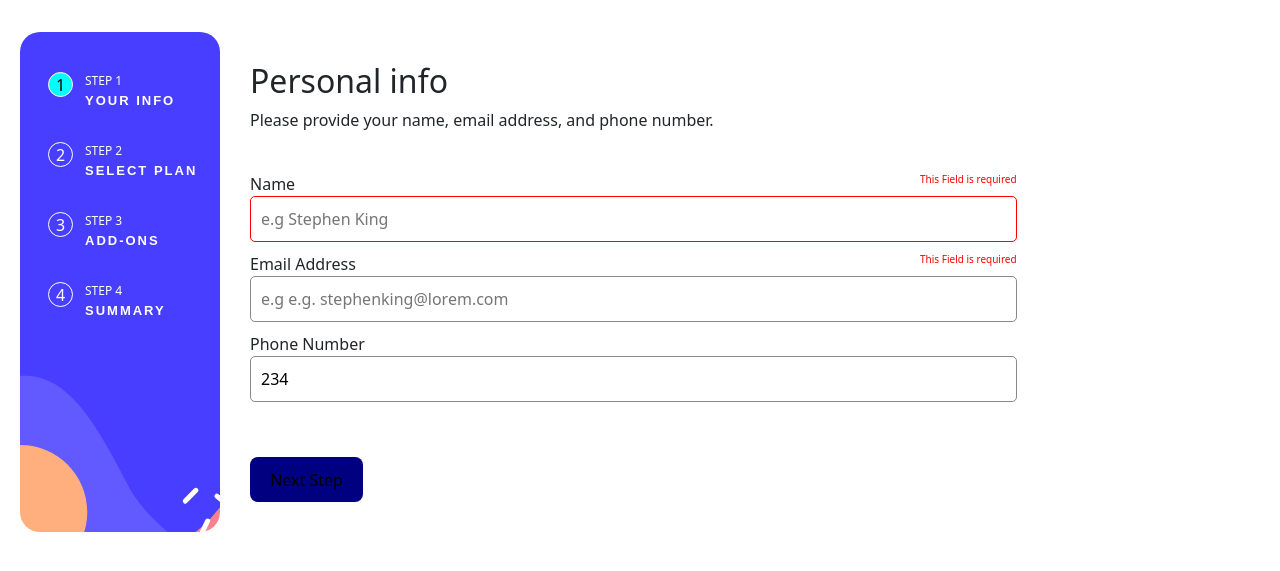
Repository: Celebration-cloud/Multi-Step-Form
Page: /
An editor plug-in stored every save of this project. The page is shown before and after a run of saves, followed by the edit.
The browser window is 1280 px wide. The pictures show the whole page.
The project was rebuilt for these pictures with package versions that can differ from the ones it lists, and the page was loaded fresh each time. Also part of the build but not shown: vite.config.js, src/GoBack.jsx.

Above is the page before, as saved 2023-11-01 14:10:30.

After the next 2 saves:
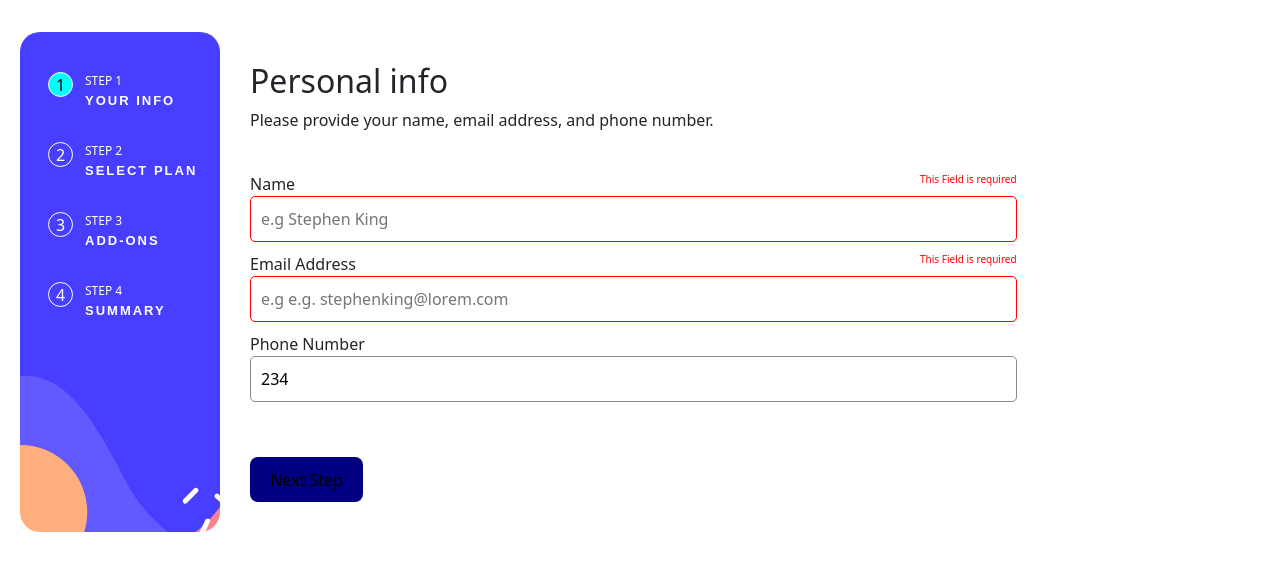
The 2 saves are shown as one change because they came seconds apart.
The last was saved 65 s later.
--- a/src/Procedures/ProceduresList.jsx
+++ b/src/Procedures/ProceduresList.jsx
@@ -35,7 +35,6 @@ function PersonalInfo({handleSubmit}) {
           justifyContent: "space-between",
         }}
       >
-
         <label className="inputs" htmlFor="name">
           Name
         </label>
@@ -46,7 +45,7 @@ function PersonalInfo({handleSubmit}) {
         )}
       </span>
       <input
-        style={personalData.name.length < 1 ? { border: "1px solid red" } : {} }
+        style={personalData.name.length < 1 ? { border: "1px solid red" } : {}}
         className="formInfo"
         id="name"
         name="name"
@@ -75,6 +74,7 @@ function PersonalInfo({handleSubmit}) {
       </span>
       <input
         className="formInfo"
+        style={personalData.name.length < 1 ? { border: "1px solid red" } : {}}
         id="email"
         name="email"
         type="email"
